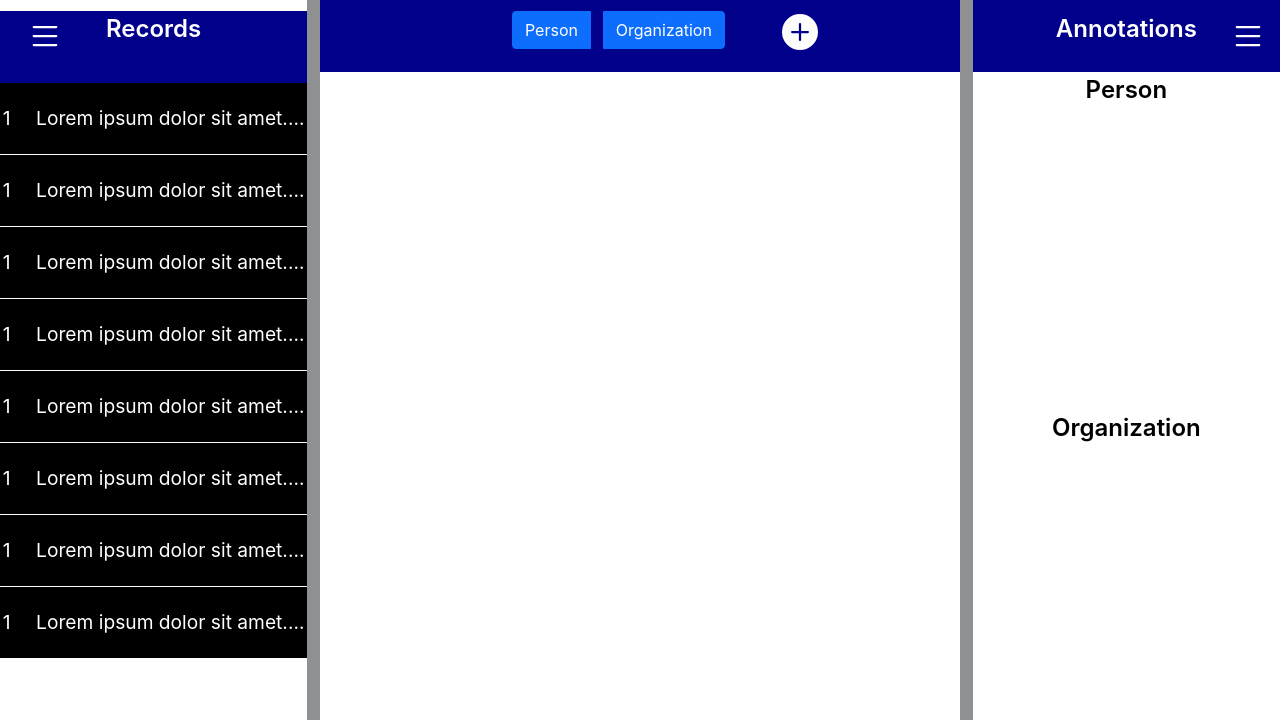
Repository: napan24/classforma_assignment
Page: / (app in client/)
An editor plug-in stored every save of this project. The page is shown before and after the next save, followed by the edit.
The browser window is 1280 px wide. The pictures show the whole page.
The project was rebuilt for these pictures with package versions that can differ from the ones it lists, and the page was loaded fresh each time. Also part of the build but not shown: client/src/App.css.

Above is the page before, as saved 2022-07-20 18:56:21.

### client/public/index.html
<!DOCTYPE html>
<html lang="en">
  <head>
    <meta charset="utf-8" />
    <link rel="icon" href="%PUBLIC_URL%/favicon.ico" />
    <meta name="viewport" content="width=device-width, initial-scale=1" />
    <meta name="theme-color" content="#000000" />
    <meta
      name="description"
      content="Web site created using create-react-app"
    />
    <link href="https://cdn.jsdelivr.net/npm/bootstrap@5.1.3/dist/css/bootstrap.min.css" rel="stylesheet" integrity="sha384-1BmE4kWBq78iYhFldvKuhfTAU6auU8tT94WrHftjDbrCEXSU1oBoqyl2QvZ6jIW3" crossorigin="anonymous">
    <link rel="apple-touch-icon" href="%PUBLIC_URL%/logo192.png" />
    <!--
      manifest.json provides metadata used when your web app is installed on a
      user's mobile device or desktop. See https://developers.google.com/web/fundamentals/web-app-manifest/
    -->
    <link rel="manifest" href="%PUBLIC_URL%/manifest.json" />
    <!--
      Notice the use of %PUBLIC_URL% in the tags above.
      It will be replaced with the URL of the `public` folder during the build.
      Only files inside the `public` folder can be referenced from the HTML.

      Unlike "/favicon.ico" or "favicon.ico", "%PUBLIC_URL%/favicon.ico" will
      work correctly both with client-side routing and a non-root public URL.
      Learn how to configure a non-root public URL by running `npm run build`.
    -->
    <title>React App</title>
  </head>
  <body>
    <noscript>You need to enable JavaScript to run this app.</noscript>
    <div id="root"></div>
    <!--
      This HTML file is a template.
      If you open it directly in the browser, you will see an empty page.

      You can add webfonts, meta tags, or analytics to this file.
      The build step will place the bundled scripts into the <body> tag.

      To begin the development, run `npm start` or `yarn start`.
      To create a production bundle, use `npm run build` or `yarn build`.
    -->
    <script src="https://cdn.jsdelivr.net/npm/bootstrap@5.1.3/dist/js/bootstrap.bundle.min.js" integrity="sha384-ka7Sk0Gln4gmtz2MlQnikT1wXgYsOg+OMhuP+IlRH9sENBO0LRn5q+8nbTov4+1p" crossorigin="anonymous"></script>
  </body>
</html>

### client/src/App.js
import logo from './logo.svg';
import './App.css';
import Home from './Home';

function App() {
  return (
    <>
      <Home></Home>
    </>
  );
}

export default App;

### client/src/Home.js
'strict origin'
import React, { useState, useEffect } from 'react'
const Home = () => {
    const [textField, setTextField] = useState();
    const [person, setPerson] = useState();
    const [place, setPlace] = useState();
    const [personName, setPersonName] = useState(['']);
    const [placeName, setPlaceName] = useState(['']);
    const [data, setData] = useState("");
    const [leftClose, setLeftClose] = useState(false);
    const [rightClose, setRightClose] = useState(false);
    useEffect(() => {
        if (textField) {
            trending();
        }
    }, [textField])
    const trending = async () => {
        const res = await fetch("/", {
            method: 'POST',
            headers: {
                "Content-Type": "application/json"
            },
            body: JSON.stringify({ textField })
        });
        const result = await res.json();
        console.log(result);
        setPerson(result.filter((arr) => arr.type == 'Person'));
        setPlace(result.filter((arr) => arr.type[0] == 'Place' || arr.type[0] == 'PopulatedPlace' || arr.type[0] == 'Settlement' || arr.type[0] == 'City'));
    };
    useEffect(() => {
        setPersonName(['']);
        if (person) {
            person.forEach(function (arrayItem) {
                setPersonName(curr => [...curr, arrayItem.entityId]);
            });
        }
    }, [person])
    useEffect(() => {
        setPlaceName(['']);
        if (place) {
            console.log(place);
            place.forEach(function (arrayItem) {
                setPlaceName(curr => [...curr, arrayItem.entityId]);
            });
        }
    }, [place])
    const showFile = async (e) => {
        e.preventDefault()
        const reader = new FileReader()
        reader.onload = async (e) => {
            const text = (e.target.result)
            setTextField(text);
        };
        reader.readAsText(e.target.files[0])
    }
    function replace() {
        setTextField(textField.replace(data, ''));
        showAlert("alert")
    }
    function showAlert(id) {
        if (document.getElementById(id).style.display == "inline-block") {
            document.getElementById(id).style.display = "none";
        }
        else {
            document.getElementById(id).style.display = "inline-block";
        }
    }
    function CloseClick(e) {
        setData(e.currentTarget.parentElement.querySelector('.userName').innerText);
        showAlert("alert");
    }
    function showLeftComponent() {
        if (document.getElementById('left_component').style.display == "inline") {
            document.getElementById('left_component').style.display = "none";
            document.getElementById('left_open').style.display = "inline";
        }
        else {
            document.getElementById('left_component').style.display = "inline";
            document.getElementById('left_open').style.display = "none";
        }
        setLeftClose(!leftClose);
    }
    function showRightComponent() {
        if (document.getElementById('right_component').style.display == "inline") {
            document.getElementById('right_component').style.display = "none";
            document.getElementById('right_open').style.display = "inline";
        }
        else {
            document.getElementById('right_component').style.display = "inline";
            document.getElementById('right_open').style.display = "none";
        }
        setRightClose(!rightClose);
    }
    return (
        <>
            <div id="alert" style={{ display: "none", height: "35vh", width: "35vw", backgroundColor: "white", position: "absolute", zIndex: '2', left: "35%", top: "25%", border: "2px solid red" }}>
                <button onClick={() => { showAlert("alert") }} type="button" class="btn btn-primary" style={{ marginRight: "1vw", position: "absolute", bottom: "10%", left: "15%", padding: "2vh" }}>Cancel</button>
                <button onClick={(e) => { replace(e) }} style={{ marginRight: "1vw", position: "absolute", bottom: "10%", left: "65%", padding: "2vh" }} type="button" class="btn btn-primary">Delete</button>
            </div>
            <div style={{ display: 'flex', width: "100vw", height: "100vh", backgroundColor: "#8f9091", overflow: "hidden" }}>
                <div id="left_component" style={{ display: 'inline', width: "24vw", height: "100vh", backgroundColor: "white", marginRight: "1vw" }}>
                    <div style={{ width: "24vw", height: "10vh", backgroundColor: "#00008b", textAlign: 'center', fontSize: '150%', color: "white", fontWeight: "600"}}>
                        <p style={{ marginTop: "1.5vh" }}>
                            Records
                        </p>
                    </div>
                    <svg onClick={() => { showLeftComponent() }} style={{ width: "5vw", height: "5vh", position: 'absolute', left: "1vw", top: "2.5vh", color: 'white' }} xmlns="http://www.w3.org/2000/svg" fill="currentColor" class="bi bi-list" viewBox="0 0 16 16">
                        <path fill-rule="evenodd" d="M2.5 12a.5.5 0 0 1 .5-.5h10a.5.5 0 0 1 0 1H3a.5.5 0 0 1-.5-.5zm0-4a.5.5 0 0 1 .5-.5h10a.5.5 0 0 1 0 1H3a.5.5 0 0 1-.5-.5zm0-4a.5.5 0 0 1 .5-.5h10a.5.5 0 0 1 0 1H3a.5.5 0 0 1-.5-.5z" />
                    </svg>
                    <div style={{ width: "24vw", height: "10vh", backgroundColor: "black",overflow:"hidden",color:"white",fontSize:"120%",display:"flex",justifyContent:'center',alignItems:'center',borderBottom:"1px solid white" }}>
                        <span style={{top:"10vh"}}>
                            1
                        </span>
                        <span style={{marginLeft:"2vw"}}>
                            Lorem ipsum dolor sit amet....
                        </span>
                    </div>
                    <div style={{ width: "24vw", height: "10vh", backgroundColor: "black",overflow:"hidden",color:"white",fontSize:"120%",display:"flex",justifyContent:'center',alignItems:'center',borderBottom:"1px solid white" }}>
                        <span style={{top:"10vh"}}>
                            1
                        </span>
                        <span style={{marginLeft:"2vw"}}>
                            Lorem ipsum dolor sit amet....
                        </span>
                    </div>
                    <div style={{ width: "24vw", height: "10vh", backgroundColor: "black",overflow:"hidden",color:"white",fontSize:"120%",display:"flex",justifyContent:'center',alignItems:'center',borderBottom:"1px solid white" }}>
                        <span style={{top:"10vh"}}>
                            1
                        </span>
                        <span style={{marginLeft:"2vw"}}>
                            Lorem ipsum dolor sit amet....
                        </span>
                    </div>
                    <div style={{ width: "24vw", height: "10vh", backgroundColor: "black",overflow:"hidden",color:"white",fontSize:"120%",display:"flex",justifyContent:'center',alignItems:'center',borderBottom:"1px solid white" }}>
                        <span style={{top:"10vh"}}>
                            1
                        </span>
                        <span style={{marginLeft:"2vw"}}>
                            Lorem ipsum dolor sit amet....
                        </span>
                    </div>
                    <div style={{ width: "24vw", height: "10vh", backgroundColor: "black",overflow:"hidden",color:"white",fontSize:"120%",display:"flex",justifyContent:'center',alignItems:'center',borderBottom:"1px solid white" }}>
                        <span style={{top:"10vh"}}>
                            1
                        </span>
                        <span style={{marginLeft:"2vw"}}>
                            Lorem ipsum dolor sit amet....
                        </span>
                    </div>
                    <div style={{ width: "24vw", height: "10vh", backgroundColor: "black",overflow:"hidden",color:"white",fontSize:"120%",display:"flex",justifyContent:'center',alignItems:'center',borderBottom:"1px solid white" }}>
                        <span style={{top:"10vh"}}>
                            1
                        </span>
                        <span style={{marginLeft:"2vw"}}>
                            Lorem ipsum dolor sit amet....
                        </span>
                    </div>
                    <div style={{ width: "24vw", height: "10vh", backgroundColor: "black",overflow:"hidden",color:"white",fontSize:"120%",display:"flex",justifyContent:'center',alignItems:'center',borderBottom:"1px solid white" }}>
                        <span style={{top:"10vh"}}>
                            1
                        </span>
                        <span style={{marginLeft:"2vw"}}>
                            Lorem ipsum dolor sit amet....
                        </span>
                    </div>
                    <div style={{ width: "24vw", height: "10vh", backgroundColor: "black",overflow:"hidden",color:"white",fontSize:"120%",display:"flex",justifyContent:'center',alignItems:'center',borderBottom:"1px solid white" }}>
                        <span style={{top:"10vh"}}>
                            1
                        </span>
                        <span style={{marginLeft:"2vw"}}>
                            Lorem ipsum dolor sit amet....
                        </span>
                    </div>
                </div>
                <div style={{ width: leftClose && rightClose ? "100vw" : rightClose ? "75vw" : leftClose ? "75vw" : "50vw", height: "100vh", backgroundColor: "white", marginRight: "1vw", overflowY: "unset" }}>
                    <div style={{ width: leftClose && rightClose ? "100vw" : rightClose ? "75vw" : leftClose ? "75vw" : "50vw", height: "10vh", backgroundColor: "#00008b", position: 'relative', overflowY: 'hidden' }}>
                        <svg id="left_open" onClick={() => { showLeftComponent() }} style={{ display: "none", width: "5vw", height: "5vh", position: 'absolute', left: "1vw", top: "2.5vh", color: 'white' }} xmlns="http://www.w3.org/2000/svg" fill="currentColor" class="bi bi-list" viewBox="0 0 16 16">
                            <path fill-rule="evenodd" d="M2.5 12a.5.5 0 0 1 .5-.5h10a.5.5 0 0 1 0 1H3a.5.5 0 0 1-.5-.5zm0-4a.5.5 0 0 1 .5-.5h10a.5.5 0 0 1 0 1H3a.5.5 0 0 1-.5-.5zm0-4a.5.5 0 0 1 .5-.5h10a.5.5 0 0 1 0 1H3a.5.5 0 0 1-.5-.5z" />
                        </svg>
                        <div class="btn-group" style={{ marginTop: "1.5vh", marginLeft: "15vw" }}>
                            <button type="button" class="btn btn-primary" style={{ marginRight: "1vw" }}>Person</button>
                            <button type="button" class="btn btn-primary">Organization</button>
                        </div>
                        <label for="file">
                            <svg style={{ width: "20%", height: "50%", position: "absolute", right: "15%", top: "2vh", color: "white" }} xmlns="http://www.w3.org/2000/svg" fill="currentColor" class="bi bi-plus-circle-fill" viewBox="0 0 16 16">
                                <path d="M16 8A8 8 0 1 1 0 8a8 8 0 0 1 16 0zM8.5 4.5a.5.5 0 0 0-1 0v3h-3a.5.5 0 0 0 0 1h3v3a.5.5 0 0 0 1 0v-3h3a.5.5 0 0 0 0-1h-3v-3z" />
                            </svg>
                        </label>
                        <input type="file" id="file" onChange={(e) => showFile(e)} style={{ display: "none" }} />
                        <svg id="right_open" onClick={() => { showRightComponent() }} style={{ display: "none", width: "5vw", height: "5vh", position: 'absolute', right: "1vw", top: "2.5vh", color: 'white' }} xmlns="http://www.w3.org/2000/svg" fill="currentColor" class="bi bi-list" viewBox="0 0 16 16">
                            <path fill-rule="evenodd" d="M2.5 12a.5.5 0 0 1 .5-.5h10a.5.5 0 0 1 0 1H3a.5.5 0 0 1-.5-.5zm0-4a.5.5 0 0 1 .5-.5h10a.5.5 0 0 1 0 1H3a.5.5 0 0 1-.5-.5zm0-4a.5.5 0 0 1 .5-.5h10a.5.5 0 0 1 0 1H3a.5.5 0 0 1-.5-.5z" />
                        </svg>
                    </div>
                    <div style={{ width: leftClose && rightClose ? "98vw" : rightClose ? "73vw" : leftClose ? "73vw" : "48vw", height: "85vh", marginLeft: "2vw", marginTop: "5vh", overflowY: "scroll" }}>
                        {textField}
                    </div>
                </div>
                <div id="right_component" style={{ display: 'inline', width: "24vw", height: "100vh", backgroundColor: "white" }}>
                    <div style={{ width: "24vw", height: "10vh", backgroundColor: "#00008b", textAlign: 'center', fontSize: '150%', color: "white", fontWeight: "600", position: 'relative' }}>
                        <p style={{ paddingTop: "1.5vh" }}>
                            Annotations
                        </p>
                        <svg onClick={() => { showRightComponent() }} style={{ width: "5vw", height: "5vh", position: 'absolute', right: "0vw", top: "2.5vh", color: 'white' }} xmlns="http://www.w3.org/2000/svg" fill="currentColor" class="bi bi-list" viewBox="0 0 16 16">
                            <path fill-rule="evenodd" d="M2.5 12a.5.5 0 0 1 .5-.5h10a.5.5 0 0 1 0 1H3a.5.5 0 0 1-.5-.5zm0-4a.5.5 0 0 1 .5-.5h10a.5.5 0 0 1 0 1H3a.5.5 0 0 1-.5-.5zm0-4a.5.5 0 0 1 .5-.5h10a.5.5 0 0 1 0 1H3a.5.5 0 0 1-.5-.5z" />
                        </svg>
                    </div>
                    <div style={{ width: "24vw", height: "5vh", backgroundColor: "white", textAlign: 'center', fontSize: '150%', color: "black", fontWeight: "600", marginBottom: "2vh" }}>
                        <p>
                            Person
                        </p>
                    </div>
                    <div style={{ maxWidth: "24vw", height: "40vh", backgroundColor: "white", textAlign: 'center', fontSize: '150%', color: "black", fontWeight: "600", zIndex: "2", overflowY: "scroll", overflowX: "hidden" }}>
                        {personName && personName.map((user) => (
                            user.length > 0 && <div style={{ width: "24vw", color: "black", height: "3vh", fontSize: "2vh", position: 'relative', borderBottom: '1px solid black' }}>
                                <span className='userName' style={{ width: "12vw" }}>
                                    {user}
                                </span>
                                <svg onClick={(e) => { CloseClick(e) }} style={{ width: "3.5vw", height: "3.5vh", position: 'absolute', right: "0vw", top: "0vh" }} xmlns="http://www.w3.org/2000/svg" fill="currentColor" class="bi bi-x" viewBox="0 0 16 16">
                                    <path d="M4.646 4.646a.5.5 0 0 1 .708 0L8 7.293l2.646-2.647a.5.5 0 0 1 .708.708L8.707 8l2.647 2.646a.5.5 0 0 1-.708.708L8 8.707l-2.646 2.647a.5.5 0 0 1-.708-.708L7.293 8 4.646 5.354a.5.5 0 0 1 0-.708z" />
                                </svg>
                            </div>
                        ))}
                    </div>
                    <div style={{ width: "24vw", height: "5vh", backgroundColor: "white", textAlign: 'center', fontSize: '150%', color: "black", fontWeight: "600", marginBottom: "2vh" }}>
                        <p>
                            Organization
                        </p>
                    </div>
                    <div style={{ width: "24vw", height: "40vh", backgroundColor: "white", textAlign: 'center', fontSize: '150%', color: "black", fontWeight: "600", overflowY: "scroll" }}>
                        {placeName && placeName.map((user) => (
                            user.length > 0 && <div style={{ width: "24vw", color: "black", height: "3vh", fontSize: "2vh", position: 'relative', borderBottom: '1px solid black' }}>
                                <span className='userName' style={{ width: "12vw" }}>
                                    {user}
                                </span>
                                <svg onClick={(e) => { CloseClick(e) }} style={{ width: "3.5vw", height: "3.5vh", position: 'absolute', right: "0vw", top: "0vh" }} xmlns="http://www.w3.org/2000/svg" fill="currentColor" class="bi bi-x" viewBox="0 0 16 16">
                                    <path d="M4.646 4.646a.5.5 0 0 1 .708 0L8 7.293l2.646-2.647a.5.5 0 0 1 .708.708L8.707 8l2.647 2.646a.5.5 0 0 1-.708.708L8 8.707l-2.646 2.647a.5.5 0 0 1-.708-.708L7.293 8 4.646 5.354a.5.5 0 0 1 0-.708z" />
                                </svg>
                            </div>
                        ))}
                    </div>
                </div>
            </div>
        </>
    )
}

export default Home

Loaded but not shown: client/src/index.js (common file); client/src/index.css (common file); client/src/reportWebVitals.js (common file)

After the next save:
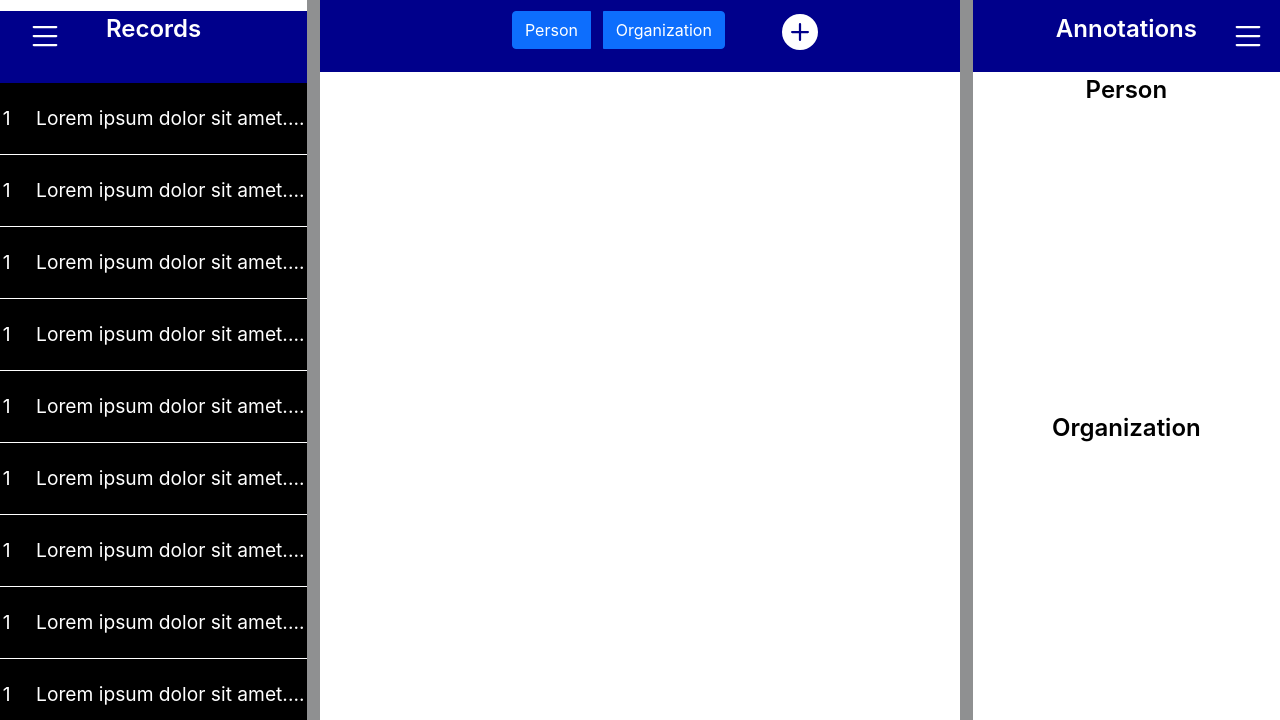
Saved 4 s later.
--- a/client/src/Home.js
+++ b/client/src/Home.js
@@ -171,6 +171,14 @@ const Home = () => {
                             Lorem ipsum dolor sit amet....
                         </span>
                     </div>
+                    <div style={{ width: "24vw", height: "10vh", backgroundColor: "black",overflow:"hidden",color:"white",fontSize:"120%",display:"flex",justifyContent:'center',alignItems:'center',borderBottom:"1px solid white" }}>
+                        <span style={{top:"10vh"}}>
+                            1
+                        </span>
+                        <span style={{marginLeft:"2vw"}}>
+                            Lorem ipsum dolor sit amet....
+                        </span>
+                    </div>
                 </div>
                 <div style={{ width: leftClose && rightClose ? "100vw" : rightClose ? "75vw" : leftClose ? "75vw" : "50vw", height: "100vh", backgroundColor: "white", marginRight: "1vw", overflowY: "unset" }}>
                     <div style={{ width: leftClose && rightClose ? "100vw" : rightClose ? "75vw" : leftClose ? "75vw" : "50vw", height: "10vh", backgroundColor: "#00008b", position: 'relative', overflowY: 'hidden' }}>
